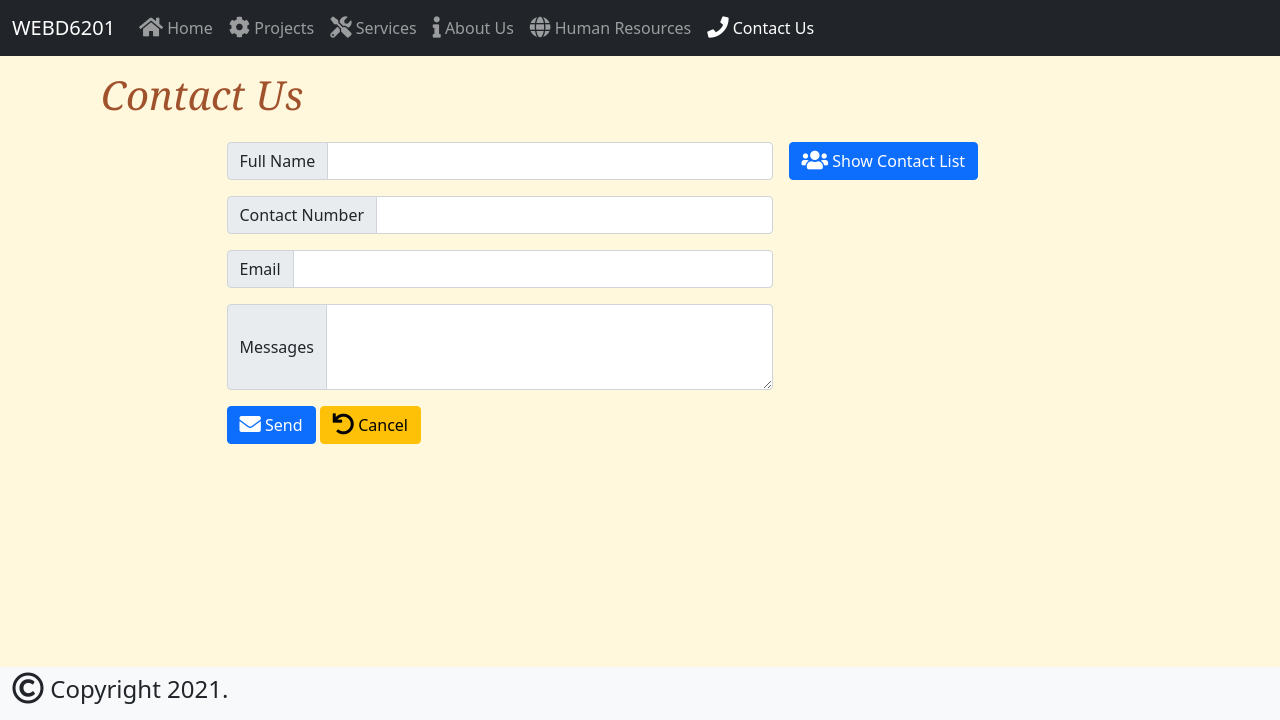
Repository: YiuWingLau/WEBD6201-W2021-Lab1
Page: contact.html
The author's editor kept a copy of each file at every save. The page is drawn from the files as they stood at one save, then again after the next save.
The browser window is 1280 px wide. The pictures show the whole page.

Above is the page before, as saved 2021-02-04 22:52:57.

After the next save:
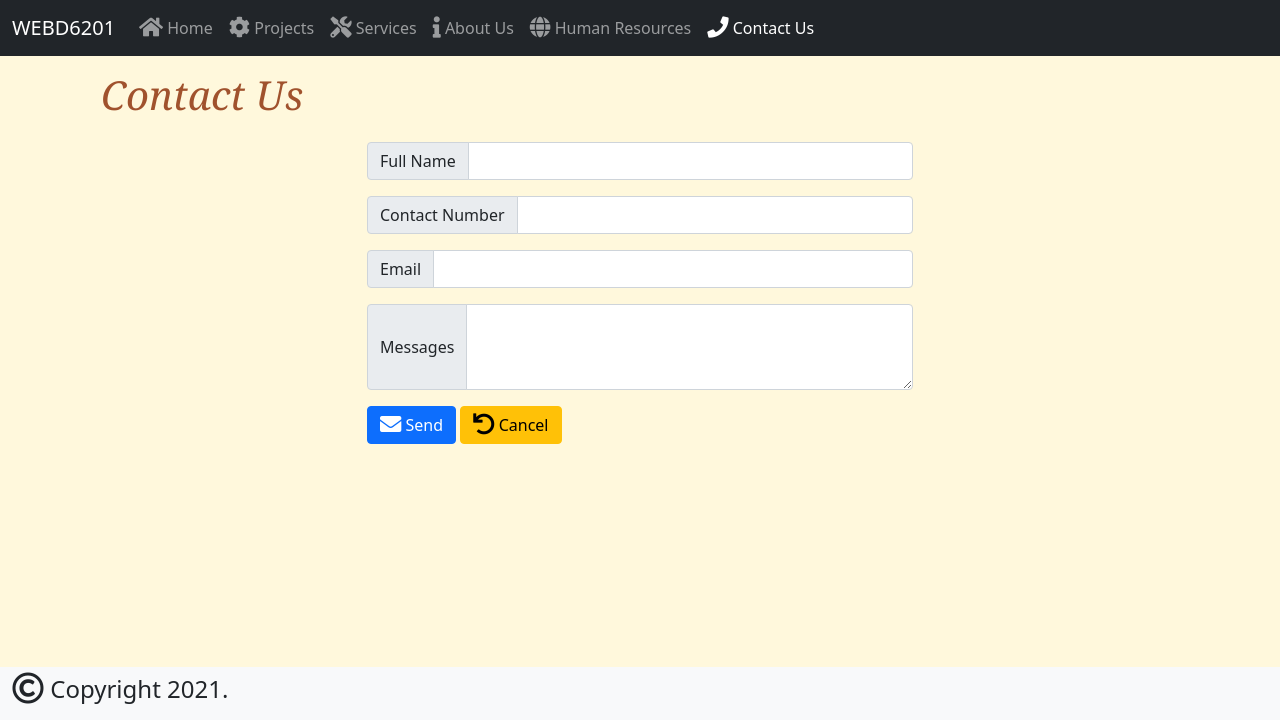
Saved 48 s later.
--- a/contact.html
+++ b/contact.html
@@ -86,9 +86,6 @@
         <button id="cancelButton" type="reset" class="btn btn-warning"><i class="fas fa-undo fa-lg"></i> Cancel</button>
       </form>
 
-      <div class="col-lg-3 col-md-3">
-        <a href="contact-list.html" class="btn btn-primary btn-md"><i class="fas fa-users fa-lg"></i> Show Contact List</a>
-      </div>
     </div>
   </main>
 
